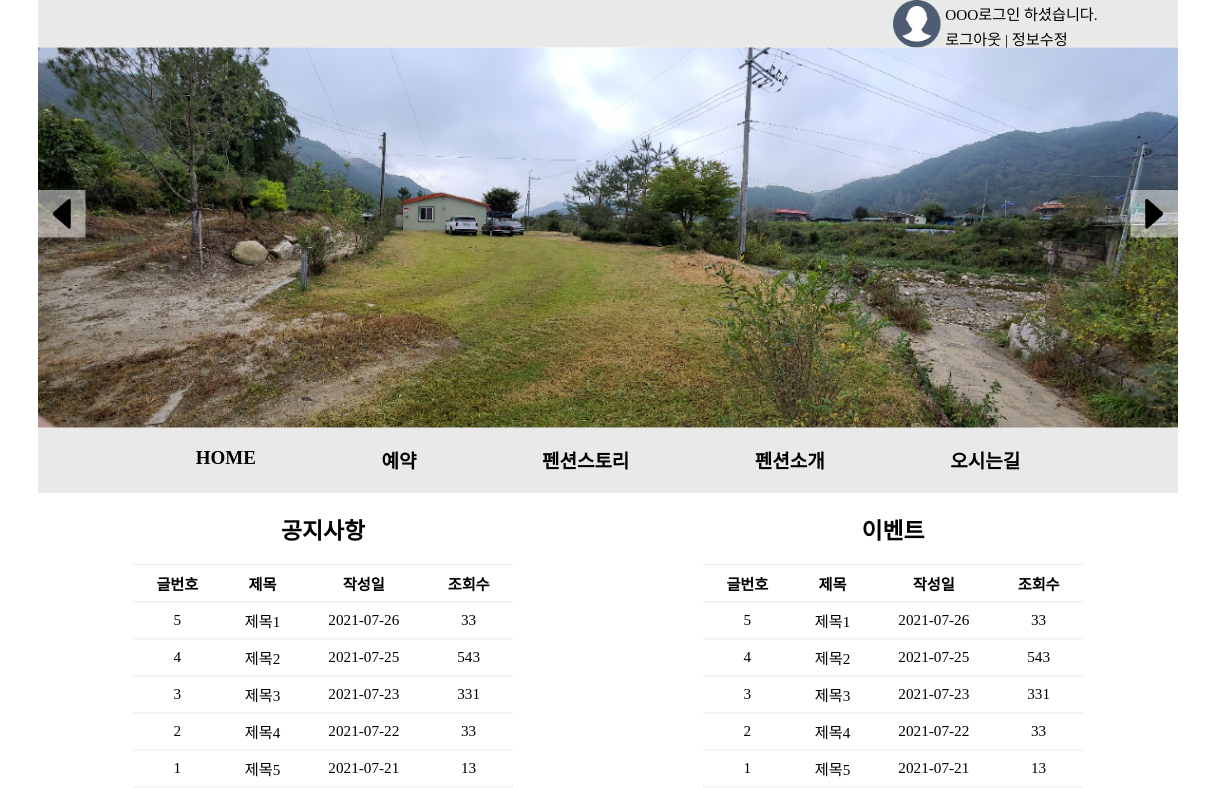
Repository: kuma2458/jsp
Page: http://localhost/step01/07_main.jsp
These files come from the project's save history. The page is drawn as it stood at one moment and after the next save; the edit follows.
The browser window is 1280 px wide. The pictures show the whole page, at 95% of full size.
The page is served by Tomcat 9.

Above is the page before, as saved 2023-12-21 05:09:26.

### step01/src/main/webapp/07_main.jsp
<%@ page language="java" contentType="text/html; charset=UTF-8"
    pageEncoding="UTF-8"%>
<!DOCTYPE html>
<html>
<head>
    <meta charset='utf-8'>
    <meta http-equiv='X-UA-Compatible' content='IE=edge'>
    <title>펜션</title>
    <meta name='viewport' content='width=device-width, initial-scale=1'>
    <style>

        section{
            margin-top: 20px;
            display: flex;
            flex-direction: row;
            justify-content: space-around;
        }
        section h2{
            font-size : 24px;
            margin-bottom: 20px;
            text-align: center;
        }
        section table{
            width: 100%;
            border-collapse: collapse;
            font-size: 16px;
            text-align: center;
        }
        section table td,section table th{
            padding:7px 20px;
            border-top: 1px solid #e9e9e9;
            border-bottom: 1px solid #e9e9e9;
        }

        article{
            width: 400px;
        }

    </style>
</head>
<body>
    <div class="flex_container">
	<jsp:include page="template/pheader.jsp"></jsp:include>
        <section>
            <article>
                <h2>공지사항</h2>
                <table>
                    <tr>
                        <th>글번호</th>
                        <th>제목</th>
                        <th>작성일</th>
                        <th>조회수</th>
                    </tr>
                    <tr>
                        <td>5</td>
                        <td>제목1</td>
                        <td>2021-07-26</td>
                        <td>33</td>
                    </tr>
                    <tr>
                        <td>4</td>
                        <td>제목2</td>
                        <td>2021-07-25</td>
                        <td>543</td>
                    </tr>
                    <tr>
                        <td>3</td>
                        <td>제목3</td>
                        <td>2021-07-23</td>
                        <td>331</td>
                    </tr>
                    <tr>
                        <td>2</td>
                        <td>제목4</td>
                        <td>2021-07-22</td>
                        <td>33</td>
                    </tr>
                    <tr>
                        <td>1</td>
                        <td>제목5</td>
                        <td>2021-07-21</td>
                        <td>13</td>
                    </tr>
                </table>
            </article>
            <article>
                <h2>이벤트</h2>
                <table>
                    <tr>
                        <th>글번호</th>
                        <th>제목</th>
                        <th>작성일</th>
                        <th>조회수</th>
                    </tr>
                    <tr>
                        <td>5</td>
                        <td>제목1</td>
                        <td>2021-07-26</td>
                        <td>33</td>
                    </tr>
                    <tr>
                        <td>4</td>
                        <td>제목2</td>
                        <td>2021-07-25</td>
                        <td>543</td>
                    </tr>
                    <tr>
                        <td>3</td>
                        <td>제목3</td>
                        <td>2021-07-23</td>
                        <td>331</td>
                    </tr>
                    <tr>
                        <td>2</td>
                        <td>제목4</td>
                        <td>2021-07-22</td>
                        <td>33</td>
                    </tr>
                    <tr>
                        <td>1</td>
                        <td>제목5</td>
                        <td>2021-07-21</td>
                        <td>13</td>
                    </tr>
                </table>
            </article>
        </section>

    </div>
</body>
</html>

### step01/src/main/webapp/template/pheader.jsp
<%@ page language="java" contentType="text/html; charset=UTF-8"
    pageEncoding="UTF-8"%>
 <style>
    	*{
            margin: 0;
            padding: 0;
        }
        .flex_container{
            display: flex;
            flex-direction: column;
            width: 1200px;
            margin: 0 auto;
            font-size: 0px;
        }
        #member_bar{
            height: 50px;
            background-color: #e9e9e9;
            text-align: right;
        }
        #member_bar img{
            width: 50px;
            float: left;
        }
        #member_bar > div > p{
            width: 200px;
            float: left;
            font-size: 16px;
            text-align: left;
            padding-left: 5px;
            margin-top: 2px;
        }
        #member_bar > div{
            width: 300px;
            display: inline-block;
        }
        nav{
            padding:20px 100px;
            background-color: #e9e9e9;
        }
        nav ul{
            list-style-type: none;
            display: flex;
            flex-direction: row;
            justify-content: space-around;
        }

        nav a:link,nav a:visited{
            font-size: 20px;
            font-weight: bold;
            text-decoration: none;
            color:black;
        }
        .ad_img {
            position: relative;
        }
        .ad_img button{
            background: none;
            border: none;
            position: absolute;
            background-color: rgba(255, 255, 255, 0.5);
            width: 50px;
            height: 50px;
        }
        .ad_img button img{
            width: 50px;
        }
        .left_arrow{
            top : calc(50% - 50px);
        }
        .right_arrow{
            top : calc(50% - 50px);
            right: 0px;
            transform: rotate(180deg);
        }
    </style>

        <header>
	<div id="member_bar">
		<div>
			<img src="resource/images/profile.png" alt="">
			<p>OOO로그인 하셨습니다.</p>
			<p>로그아웃 | 정보수정</p>
		</div>
	</div>
	<div class="ad_img">
		<button class="left_arrow">
			<img src="resource/images/left_arrow.png" alt="">
		</button>
		<button class="right_arrow">
			<img src="resource/images/left_arrow.png" alt="">
		</button>
		<img src="resource/images/main_4.jpg" alt="">
	</div>
</header>
<nav>
	<ul>
		<li><a href="main.jsp">HOME</a></li>
		<li><a href="sub_page2.jsp">예약</a></li>
		<li><a href="#">펜션스토리</a></li>
		<li><a href="#">펜션소개</a></li>
		<li><a href="sub_page1.jsp">오시는길</a></li>
	</ul>
</nav>

### step01/src/main/webapp/template/pfooter.jsp
<%@ page language="java" contentType="text/html; charset=UTF-8"
    pageEncoding="UTF-8"%>
    	<style>
footer {
	margin-top: 50px;
	padding: 15px 10px;
	font-size: 16px;
	background-color: #e9e9e9;
}

footer ul {
	list-style-type: none;
}

footer ul li {
	margin: 5px 0px;
}
</style>
<footer>
	<ul>
		<li>OOOO 펜션</li>
		<li>대표자 : OOO</li>
		<li>연락처 : 010-0000-0000</li>
		<li>주소 : 강원도 평창시 OOOOOO</li>
	</ul>
</footer>

After the next save:
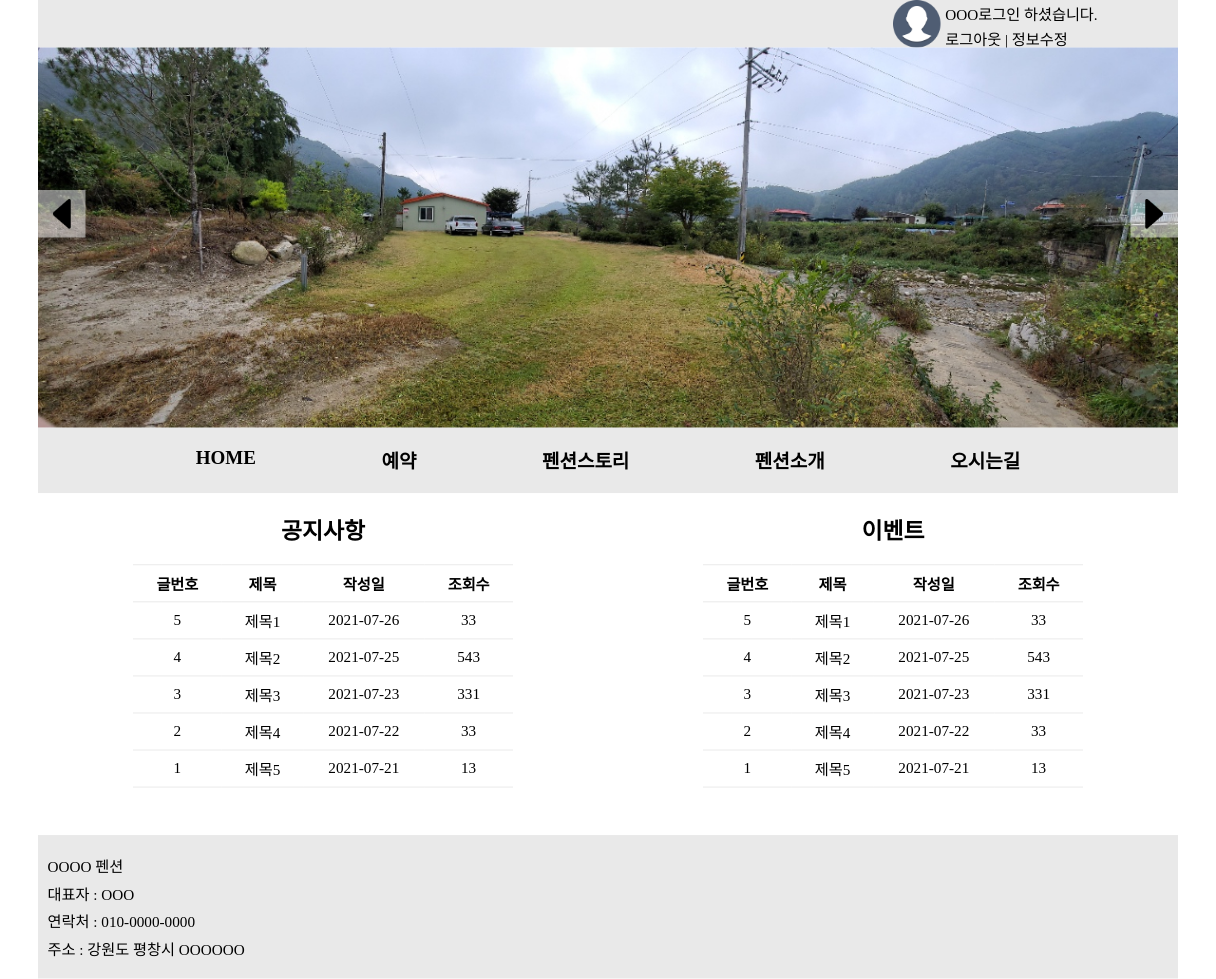
Saved 37 s later.
--- a/step01/src/main/webapp/07_main.jsp
+++ b/step01/src/main/webapp/07_main.jsp
@@ -125,7 +125,7 @@
                 </table>
             </article>
         </section>
-
+	<jsp:include page="template/pfooter.jsp"></jsp:include>
     </div>
 </body>
 </html>
